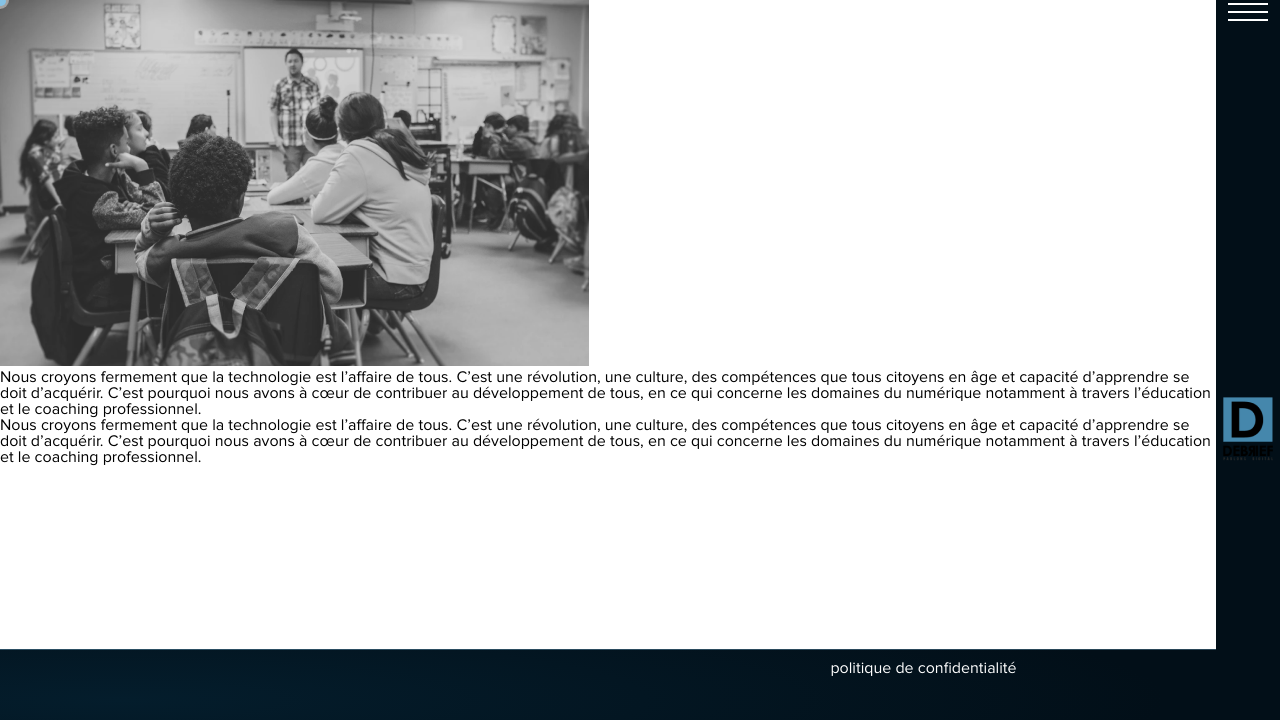
Repository: keloriane/debriefs
Page: /techspace/digital-career
These files come from the project's save history. The page is drawn as it stood at one moment and after the next save; the edit follows.
The browser window is 1280 px wide. The pictures show the whole page.
The project was rebuilt for these pictures with package versions that can differ from the ones it lists, and the page was loaded fresh each time. Also part of the build but not shown: src/components/Title/Title.jsx, src/components/BreadCrumbs/HomeB.jsx, src/components/page/Contact/Contact.jsx, src/components/Nav/Nav.jsx, src/components/page/Home/Home.jsx, src/components/page/Main/Main.jsx, src/components/page/Service/Services.jsx, src/components/page/Service/ServiceDetails.jsx and 8 more. Imported but missing from the stored project, and not drawn on this page: src/assets/video/video.mp4.

Above is the page before, as saved 2020-07-28 12:06:34.

### public/index.html
<!DOCTYPE html>
<html lang="en">
  <head>
    <meta charset="utf-8" />
    <link rel="icon" href="%PUBLIC_URL%/favicon.ico" />
    <meta name="viewport" content="width=device-width, initial-scale=1" />
    <meta name="theme-color" content="#000000" />
    <meta
      name="description"
      content="Web site created using create-react-app"
    />
    <link rel="apple-touch-icon" href="%PUBLIC_URL%/logo192.png" />
    <link href="https://fonts.googleapis.com/css2?family=Inter:wght@300;400;600;700&display=swap" rel="stylesheet">
    <link rel="manifest" href="%PUBLIC_URL%/manifest.json" />
    <title>React App</title>
  </head>
  <body>
    <noscript>You need to enable JavaScript to run this app.</noscript>
    <div id="root"></div>
  </body>
</html>

### src/App.scss

@import "./assets/style/module/variables.scss";
@import "./assets/style/module/breakpoints.scss";



h2, h3{
  font-family:$proxyL;
}
button{
  color: $white;
}
body,
html {
  user-select: none;
  background: $white;
  overscroll-behavior: none;
  margin: 0;
  font-family: "Proxima";
  -webkit-font-smoothing: antialiased;
  -moz-osx-font-smoothing: grayscale;
}

.container {
  width: 1560px;
  min-width: 1560px;
  margin: 0 auto;
  height: 100%;
  @include media("<=1560px") {
    width: 1280px;
    min-width: 1280px;
  }
  @include media("<=desktop") {
    width: 1080px;
    min-width: 1080px;
  }
  @include media("<=1080px") {
    width: 100%;
    min-width: 100%;
  }
  .row {
    display: flex;
    height: 95%;
    padding: 0 32px;
    @include media("<=phone") {
      padding: 0 16px;
    }
  }
  .v-center {
    align-items: center;
  }
  .space-between {
    justify-content: space-between;
  }
}
.intro-container{
  width: 100vw;
  height: 100vh;
  overflow: hidden;
  display: flex;
  align-items: center;
  justify-content: center;
  background: radial-gradient(80.27% 180.6% at 9.33% 71.2%, #0D0D0D 0%, #041D2C 100%);

}

#loader{
  width: 30vw;
}

path{
  overflow: hidden;
}

a{
  text-decoration: none;
}

.container-fluid {
  width: 95%;
  height: 100%;
  .row {
    display: flex;
    height: 95%;
  }

}
#page{
  background: radial-gradient(80.27% 180.6% at 9.33% 71.2%, #0D0D0D 0%, #020f18 100%);
  width: 100vw;
  height: 100vh;
  background-color: #fff;
  overflow: inherit;
  @include media('<=tablet'){
    height: 100%;
    width: 100%;
  }
}

*{
  padding: 0;
  margin: 0;

}

### src/components/page/Footer/Footer.jsx
import React from "react";
import "./footer.scss"

const Footer = () => {
    return (
        <div id="footer">
            <div className="logo-footer">


            </div>
            <div className="links">
            <a href="politique de fonidentialité pdf">politique de confidentialité</a>

            </div>
        </div>
    )
}
export default Footer;

### src/components/page/Dcg/Dcg.jsx
import React from 'react';
import room from "./../../../assets/images/room.png"
import "./dcg.scss";
import { Title } from '../../Title/Title';

const Dcg = () => {
    return (
        <div id="digital-career-center">
            <div className="inner-container">

            <div className="dcg-image-container">
                <div className="inner-image">
                    <img src={room} alt=""/>
                </div>
                <div className="inner-text-content">
                    <div className="title-back-layer">
                        <h2 className="text-letter">Digital carreer center</h2>
                    </div>
                    <div className="text-inner-content">
                    <p>Nous croyons fermement que la technologie est l’affaire de tous. C’est une révolution, une culture, des compétences que tous citoyens en âge et capacité d’apprendre se doit d’acquérir. C’est pourquoi nous avons à cœur de contribuer au développement de tous, en ce qui concerne les domaines du numérique notamment à travers l’éducation et le coaching professionnel.</p>
                    <p>Nous croyons fermement que la technologie est l’affaire de tous. C’est une révolution, une culture, des compétences que tous citoyens en âge et capacité d’apprendre se doit d’acquérir. C’est pourquoi nous avons à cœur de contribuer au développement de tous, en ce qui concerne les domaines du numérique notamment à travers l’éducation et le coaching professionnel.</p>
                    </div>
                </div>

            </div>
            </div>
        </div>
    )
}
export default Dcg;

### src/assets/style/module/variables.scss
$white:#ffffff;
$lBlue:#8CCAED;
$dBlue:#041D2C;
$gradient: radial-gradient(80.27% 180.6% at 9.33% 71.2%, #041d2c 0%, #020f18 100%);
$gradientInner: radial-gradient(80.27% 180.6% at 9.33% 71.2%, #041B28 0%, #03141F 100%);
$proxy: "Proxima";
$proxyB: "Proxima-bold";
$proxyL: "Proxima-light";


@font-face {
    font-family: "Proxima";
    src: url("./../../fonts/ProximaNova-Regular.otf") format("opentype"),


}

@font-face {
    font-family: "Proxima-bold";
    src: url("./../../fonts/ProximaNova-Bold.otf") format("opentype"),
}
@font-face {
    font-family: "Proxima-light";
    src: url("./../../fonts/ProximaNova-Light.otf") format("opentype"),
}

### src/components/page/Main/main.scss
//head
@import "./../../../assets/style/module/variables.scss";
@import "./../../../assets/style/module/breakpoints.scss";

.logo-content-about{
  svg{

    @include media("<=1365px"){
      display: none;
    }
  }
}


#main-about-page {
  display: flex;
  color: $white;
  justify-content: space-around;
  width: 95vw;
  height: 100vh;
  align-items: center;
  background: $gradient;
  flex-wrap: wrap;
  @include media("<=tablet"){
    height: 100%;
  }
  .about-media-content{
    display: flex;
    flex-flow: column;
    height: 490px;
    justify-content: space-around;
    .image-container{
      margin-left: 40px;
      @include media("<=tablet"){
        margin-left: 0;
      }
      img{
        width: 100%;
        max-width: 450px;
      }
    }

    h2 {
      font-size: 52px;
      line-height: 63px;
      color: #FFFFFF;
      @include media("<=tablet"){
        font-size: 4vw;
      }
    }

  }



  .about-text-content {
    max-width: 700px;
    width: 100%;
    padding:25px;
    p{
      text-align: justify;
    }

    .underline-about {
      width: 100%;
      max-width: 300px;
      border: .5px solid #FFFFFF;
    }

    .about-title {
      font-weight: 600;
      font-size: 36px;
      line-height: 45px;

      color: $lBlue;
    }

    .about-text {
      margin-top: 50px;
      font-weight: 600;
      font-size: 17px;
      line-height: 154.3%;
      /* or 25px */


      color: #FFFFFF;

    }
  }

}

### src/components/Cursor/cursor.scss
@import "./../../assets//style/module/easing.scss";
@function rem($pixel) {
    @return $pixel/16+rem;
}
$desktop: 1920px;
.c-cursor {
    height: rem(18);
    position: fixed;
    left: rem(-9);
    top: rem(-9);
    z-index: 9;
    width: rem(18);
    display: flex;
    justify-content: center;
    align-items: center;
    transition: 1s cubic-bezier(0.19, 1, 0.22, 1);
    pointer-events: none;
    backface-visibility: hidden;
    mix-blend-mode: difference;
    &:before {
        // border: 1px solid hsla(0, 0%, 83%, 1);
        background-color: #ffffff;
        border-radius: 50%;
        height: 100%;
        content: "";
        width: 100%;
        position: absolute;
        left: 0;
        top: 0;
        mix-blend-mode: difference;
        .is-hover & {
            mix-blend-mode: difference;
            transform: scale(2.5);
            transition: all 0.3s $easeOutQuad;
        }
    }
}

button {
    height: 40px;
    width: 60px;
}

#box-css {
    animation: slidein 20s infinite;
}

@keyframes slidein {
    from {
        transform: translateX(-500px);
    }
    to {
        transform: translateX(1000px);
    }
}

#inner-cursor {
    height: 10px;
    position: fixed;
    z-index: 10;
    width: 10px;
    display: flex;
    left: -0.25rem;
    top: -0.25rem;
    justify-content: center;
    align-items: center;
    background-color: #85C3E6;
    border-radius: 100%;
    pointer-events: none;
    &:before {
        background-color: #85C3E6;
        border-radius: 50%;
        height: 100%;
        width: 100%;
        position: absolute;
        left: 10;
        top: 10;
        .is-hover & {
            border: 1px solid hsla(274, 100%, 50%, 1);
            transform: scale(2.5);
        }
    }
}

### src/components/page/Service/services.scss
@import "./../../../assets//style//module/variables.scss";
@import "./../../../assets//style//module/breakpoints.scss";
#services {
  background: $gradient;
  width: 95vw;
  height: 100vh;
  display: flex;
  align-items: center;
  .logo-bread{
    margin-left: 40px;
  }
  .logo-layer{
    margin-left: 50px;
  }
  @include media('<=652px'){
    height: 100%;
  }
  @include media('<=phone'){
    height: 100%;
    width: 320px;
    margin: 0 auto;
    background:none;
  }

  .service-container {
    margin: 0 auto;
  }
  .title-service {
    max-width: 409px;
    height: 88px;
    h2 {
      font-family: "Proxima";
      font-style: normal;
      font-weight: 600;
      font-size: 52px;
      line-height: 63px;
      color: #ffffff;
      text-transform: uppercase;
    }
  }
  .services-grid {
    width: 100%;
    max-width: 800px;
    margin: 0 auto;
    display: flex;

    flex-wrap: wrap;
    justify-content: space-around;
    align-items: center;
    @include media('<=phone'){
      height: 100%;
      width: 320px;
      margin: 0 auto;
    }

    .service-item {
      width: 310px;
      height: 165px;
      display: flex;
      flex-flow: column;
      justify-content: space-around;
      margin-top: 45px;
      .number {
        align-self: flex-end;
      }
      .headline-service {
        display: flex;
        justify-content: space-between;
        h3 {
          font-style: normal;
          font-weight: bold;
          font-size: 21px;
          line-height: 26px;
          color: #ffffff;
        }
      }
      p {
        font-family: "Proxima";
        font-style: normal;
        font-weight: 500;
        font-size: 18px;
        line-height: 22px;

        color: #fcfcfc;
      }
      .underline-service {
        width: 269px;
        border: 0.5px solid white;
      }
    }
  }
}

### src/components/page/Webinaire/webinaires.scss
@import "./../../../assets/style/module/variables.scss";
@import "./../../../assets/style/module/breakpoints.scss";


#webinaire {
    width: 100vw;
    background: $gradient;

    position: relative;

    .timeline {
        height: 100%;
        width: 1px;
        margin: auto;
        top: 0;
        position: absolute;
        left: 50%;
        transform: translate( -50%);
        background-color: white;
    }

    #webinaire-page {
        width: 891px;
        margin: 0 auto;
        display: flex;
        flex-flow: column;
        position: relative;

        .webinaire-item {
            display: flex;
            position: relative;
            align-items: center;
            justify-content: space-between;
            width: 470px;
            height: 320px;


            &.reverse {
                align-self: flex-end;
                flex-flow: row-reverse;

                .timeline-dot {
                    justify-self: flex-start;

                    .webinaire-image {
                        img {
                            right: -14px;
                        }

                    }
                }
            }

            .webinaire-image {
                img {
                    max-width: 250px;
                    width: 100%;
                    position: absolute;
                    right: 100px;
                    top: 77px;


                }
            }

            .webinaire-content {
                position: relative;
                z-index: 1;

                h3 {
                    font-family: "Proxima";
                    font-style: normal;
                    font-weight: 600;
                    font-size: 29px;
                    line-height: 35px;
                    color: #FFFFFF;
                }

                .webinaire-credits {
                    font-family: "Proxima";
                    font-style: normal;
                    font-weight: 600;
                    font-size: 17px;
                    line-height: 21px;
                    color: $lBlue;
                }

                .webinaire-date {
                    font-size: 15px;
                    line-height: 16px;
                    color: #BFBFBF;
                }
            }

            .timeline-dot {
                width: 50px;
                height: 50px;
                background-color: #fff;
                border-radius: 100%;
            }
        }
    }
}

### src/components/page/Techspace/techspace.scss
@import "./../../../assets/style/module/variables.scss";
@import "./../../../assets/style/module/breakpoints.scss";

#techspace {
  width: 100vw;
  height: 100vh;
  background-color: $white;
  .navigation{
      display: flex;
      justify-content: flex-end;
      width: 95%;
      nav {
          display: flex;
          max-width: 720px;
          width: 100%;
          justify-content:space-evenly;

        a {
          font-style: normal;
          font-weight: normal;
          font-size: 18px;
          line-height: 175.9%;
          /* or 32px */
            text-transform: uppercase;
          text-align: center;
          letter-spacing: 0.05em;

          color: #000000;
        }
      }

  }
}
.techspace {
  max-width: 1320px;
  width: 86%;
  display: flex;
  align-items: center;
  justify-content: space-around;
  flex-wrap: wrap;
  margin: 0 auto;
  color: $dBlue;
  height: 100%;

  .screen {
    position: relative;
    max-width: 778px;
    width: 100%;

    img {
      display: block;
      position: absolute;
      left: -50px;
      z-index: 3;
      top: -50px;
    }

    .screen-video {
      overflow: hidden;
      position: relative;
      width: 100%;
      video {
        width: 778px;
      }
    }
  }

  .techspace-content {
    position: relative;
    .title-back-layer {
      position: absolute;
      left: -52%;
      background-color: $dBlue;
      height: 50px;
      display: flex;
      align-items: center;
      margin-bottom: 20px;
      top: -16%;
      width: 272px;
      padding: 10px;
      overflow: hidden;

      h1 {
        color: $white;
        text-transform: uppercase;
        font-weight: 200;
        font-size: 45px;
        display: flex;
      }
    }

    width: 440px;

    p {
      color: $dBlue;
      font-weight: 300;
      font-size: 16px;
      line-height: 175.9%;
      /* or 28px */

      letter-spacing: 0.05em;
    }
  }

  .button-call {
    display: flex;
    justify-content: flex-end;
    align-items: center;

    @include media("<=tablet") {
      justify-content: center;
    }

    .button-overlay {
      background-color: $dBlue;
    }

    .line {
      width: 120px;
      border: 0.5px solid $dBlue;
      margin-right: 20px;

      @include media("<=tablet") {
        display: none;
      }
    }

    button {
      width: 269px;
      height: 73px;
      border: 1px solid $dBlue;
      box-sizing: border-box;
      background: none;
      font-family: "Proxima";
      font-style: normal;
      font-weight: 1;
      font-size: 24px;

      @include media("<=tablet") {
        margin-top: 20px;
      }

      p {
        font-family: "Proxima";
        font-style: normal;
        font-weight: normal;
        font-size: 24px;
        line-height: 30px;

        mix-blend-mode: difference;
        color: $white;
      }
    }
  }
}

### src/components/MenuBox/menu.scss
@import "./../../assets/style/module/variables.scss";

  .menu-box {
    width: 100%;
    height: 100vh;
    overflow: hidden;
    position: fixed;
    display: grid;
    top: 0;
    left: 0;
    grid-template-columns: 20% 30% 50%;
    grid-template-rows: 60% 40%;
    grid-template-areas:
      "item3 item2 item1"
      "item4 item4 item1";
    z-index: 0;
    display:grid;
      .menu__item {
          overflow: hidden;

          &.menu__item1 {

              background: $dBlue;
              grid-area: item1;
              transform: translateY(-100%);
            }
            &.menu__item2 {
                background: $dBlue;

                transform: translateX(-170%);
                grid-area: item2;
            }
            &.menu__item3 {
                background: $white;

                transform: translateX(-100%);
                grid-area: item3;
            }
            &.menu__item4 {
                background: $lBlue;
                grid-area: item4;
                transform: translateX(-100%);

            }
            &.menu__item5 {
                background: $white;
                grid-area: item5;



            }
        }

      .menu__item-inner {
        display: flex;
        flex-direction: column;

        align-items: center;
        height: 100%;
        a {
          font-size: 2vw;
          overflow: visible;
          margin: 0.5rem 0;
          padding: 0 0.5rem;
          position: relative;
          transition: color 0.3s;
          color: $white;
          &:hover{
              color: $lBlue;
          }

        }
      }
    }




// .menu-box {
//     text-align: center;
//     width: 100%;
//     height: 100vh;
//     overflow: hidden;
//     position: fixed;
//     top: 0;
//     left: 0;
//     z-index: 200;
//     display: grid;
//     grid-template-columns: 100%;
//     grid-template-rows: repeat(3,33.33%);
//     pointer-events: none;
// }

### src/components/page/Footer/footer.scss
@import "./../../../assets/style/module/variables.scss";

#footer{
    height: 50px;
    border-top: 1px solid rgba(133, 195, 230, 0.31);
    position: fixed;
    bottom: 0;
    width: 100%;
    background: $gradient;
    padding: 10px;
    display: flex;
    justify-content: space-around;
    a{
        color: white;
    }
    img{
        width: 60px;
    }
}

### src/components/page/Blog/Blog.scss
@import "./../../../assets/style/module/variables.scss";
@import "./../../../assets/style/module/breakpoints.scss";

#blog {
  width: 100vw;
  height: 100%;
  background: $gradient;
  color: $white;
  display: flex;
  align-items: center;
  .underline{
      margin-top: 5px;
      width: 180px;
  }
  .inner-blog{
      width: 1240px;
      height: 700px;

      margin: 0 auto;
      .blog-wrapper {
        margin-top: 50px;
        width: 100%;
        height: 100%;
        display: flex;
        flex-wrap: wrap;
        justify-content: space-around;
        overflow-y: scroll;

        .blog-article {
          background: radial-gradient(
            80.27% 180.6% at 9.33% 71.2%,
            #0d0d0d 0%,
            #041d2c 100%
            );
            overflow: hidden;
          border: 0.5px solid #d7d7d7;
          box-sizing: border-box;
          border-radius: 40px 0px;
          max-width: 450px;
          width: 100%;
          height: 620px;
          margin-bottom: 40px;
          .image-article-container{
              max-height: 255px;
              overflow: hidden;
          }
          .article-headline {
            display: flex;
            height: 20px;
            align-items: center;
            justify-content: space-between;
            padding: 10px;
            .article-title {
              font-family: $proxyL;
              font-size: 24px;
              line-height: 154.3%;
              font-weight: 200;
              /* or 37px */

              color: #ffffff;

            }
            .article-time{
                font-size: 10px;
            }
        }
                .article-content {
                    padding: 24px;
                    p{
                        text-align: justify;
                        font-size: 16px;
                        line-height: 154.3%;
    /* or 25px */
                    }
                }
          img {
            width: 100%;
            filter: saturate(0%);
          }
        }
      }
  }
}

### src/components/page/Dcg/dcg.scss
@import "./../../../assets/style/module/variables.scss";
@import "./../../../assets/style/module/breakpoints.scss";

#digital-career-center{
    width: 95vw;
    height: 100vh;
    background-color: $white;
    .inner-container{
        display: flex;

    }
    .title-back-layer {
        position: absolute;
        left: -52%;
        background-color: $dBlue;
        height: 50px;
        display: flex;
        align-items: center;
        margin-bottom: 20px;
        top: -16%;
        width: 272px;
        padding: 10px;
        overflow: hidden;
        @include media('<=tablet'){
          position: relative;
          display: block;
          left: 0;
          top: 0;
        }
    }

}

### src/components/Title/title.scss
@import "./../../assets/style/module/variables.scss";
@import "./../../assets/style/module/breakpoints.scss";
.title-container{
    display: flex;
    flex-flow: column;
    justify-content: space-around;

    h2{
        font-size: 52px;
        color: white;
        @include media('<=phone'){

            margin: 0 auto;
            font-size: 20px;

          }
    }
    .underline{

        width: 100%;
        max-width: 340px;
    }


}

### src/components/Nav/nav.scss
@import "./../../assets/style/module/variables.scss";
.home-nav {
    ul {
        display: flex;
        justify-content: space-around;
        align-items: center;

        li {
            list-style: none;

            a {
                font-family: "Proxima";
                font-style: normal;
                font-weight: bold;
                font-size: 18px;
                line-height: 175.9%;
                /* or 32px */
                text-align: center;
                letter-spacing: 0.05em;
                color: $white;
                text-transform: uppercase;
                text-decoration: none;
            }

            button {
                position: relative;
                width: 169px;
                height: 49px;
                border: 1px solid $white;
                box-sizing: border-box;
                background: none;
                text-transform: uppercase;
                font-weight: bold;
                    color: $white;

            }
        }
    }
}

### src/assets/style/module/easing.scss
$linear: cubic-bezier(0.250, 0.250, 0.750, 0.750);
$ease: cubic-bezier(0.250, 0.100, 0.250, 1.000);
$ease-in: cubic-bezier(0.420, 0.000, 1.000, 1.000);
$ease-out: cubic-bezier(0.000, 0.000, 0.580, 1.000);
$ease-in-out: cubic-bezier(0.420, 0.000, 0.580, 1.000);
$easeInQuad: cubic-bezier(0.550, 0.085, 0.680, 0.530);
$easeInCubic: cubic-bezier(0.550, 0.055, 0.675, 0.190);
$easeInQuart: cubic-bezier(0.895, 0.030, 0.685, 0.220);
$easeInQuint: cubic-bezier(0.755, 0.050, 0.855, 0.060);
$easeInSine: cubic-bezier(0.470, 0.000, 0.745, 0.715);
$easeInExpo: cubic-bezier(0.950, 0.050, 0.795, 0.035);
$easeInCirc: cubic-bezier(0.600, 0.040, 0.980, 0.335);
$easeInBack: cubic-bezier(0.600, -0.280, 0.735, 0.045);
$easeOutQuad: cubic-bezier(0.250, 0.460, 0.450, 0.940);
$easeOutCubic: cubic-bezier(0.215, 0.610, 0.355, 1.000);
$easeOutQuart: cubic-bezier(0.165, 0.840, 0.440, 1.000);
$easeOutQuint: cubic-bezier(0.230, 1.000, 0.320, 1.000);
$easeOutSine: cubic-bezier(0.390, 0.575, 0.565, 1.000);
$easeOutExpo: cubic-bezier(0.190, 1.000, 0.220, 1.000);
$easeOutCirc: cubic-bezier(0.075, 0.820, 0.165, 1.000);
$easeOutBack: cubic-bezier(0.175, 0.885, 0.320, 1.275);
$easeInOutQuad: cubic-bezier(0.455, 0.030, 0.515, 0.955);
$easeInOutCubic: cubic-bezier(0.645, 0.045, 0.355, 1.000);
$easeInOutQuart: cubic-bezier(0.770, 0.000, 0.175, 1.000);
$easeInOutQuint: cubic-bezier(0.860, 0.000, 0.070, 1.000);
$easeInOutSine: cubic-bezier(0.445, 0.050, 0.550, 0.950);
$easeInOutExpo: cubic-bezier(1.000, 0.000, 0.000, 1.000);
$easeInOutCirc: cubic-bezier(0.785, 0.135, 0.150, 0.860);
$easeInOutBack: cubic-bezier(0.680, -0.550, 0.265, 1.550);

Loaded but not shown: src/index.js (common file); src/index.css (common file); src/serviceWorker.js (common file); src/App.js (104 lines, source omitted); src/functions/Animation.js (104 lines, source omitted); src/components/Cursor/Cursor.js (55 lines, source omitted); src/components/Loader/Loader.jsx (42 lines, source omitted); src/components/page/Home/home.scss (376 lines, source omitted); src/assets/style/module/breakpoints.scss (329 lines, source omitted); src/view/Menu/Menu.jsx (127 lines, source omitted); src/components/page/Service/ServiceDetails.scss (230 lines, source omitted); src/components/Header/Header.jsx (138 lines, source omitted); src/components/page/Contact/contact.scss (182 lines, source omitted); src/view/Menu/menu.scss (184 lines, source omitted); src/components/Header/header.scss (103 lines, source omitted)

After the next save:
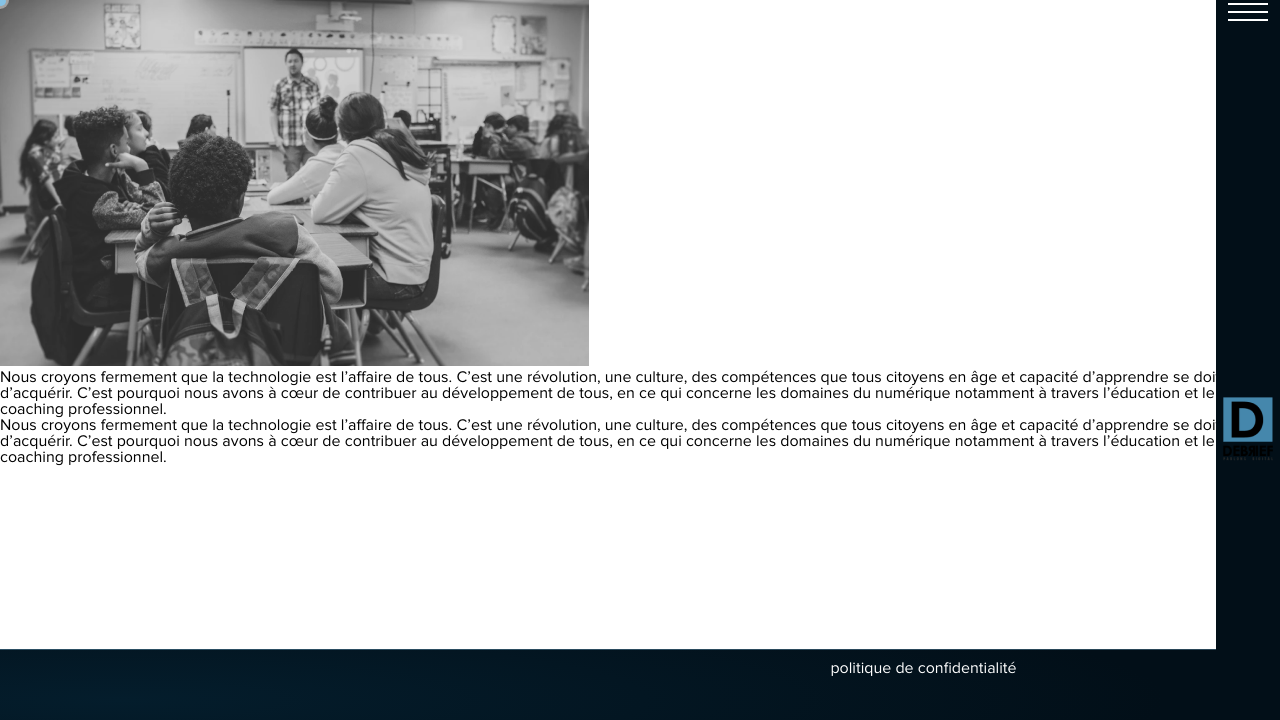
Saved 9 s later.
--- a/src/components/page/Dcg/dcg.scss
+++ b/src/components/page/Dcg/dcg.scss
@@ -7,7 +7,7 @@
     background-color: $white;
     .inner-container{
         display: flex;
-
+        width: 1280px;
     }
     .title-back-layer {
         position: absolute;
